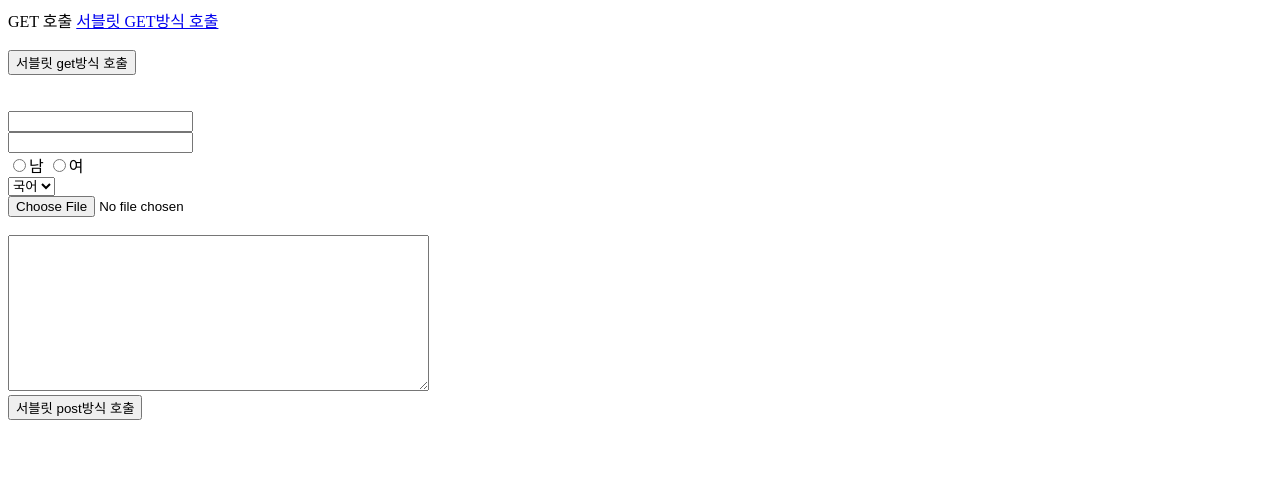
Repository: Won-Hyuk-Lee/kosta_java
Page: http://localhost/web_prj/Practice_Servlet_Call.jsp
The author's editor kept a copy of each file at every save. The page is drawn from the files as they stood at one save, then again after the next save.
The browser window is 1280 px wide. The pictures show the whole page.
The page is served by Tomcat 9. Nobody is signed in. The application's start-up code is not run. Other server files are loaded and not shown.

Above is the page before, as saved 2024-05-21 07:49:10.

### web_prj/src/main/webapp/Practice_Servlet_Call.jsp
<%@ page language="java" contentType="text/html; charset=UTF-8"
    pageEncoding="UTF-8"%>
<!DOCTYPE html>
<html>
<head>
<meta charset="UTF-8">
<title>Insert title here</title>
</head>
<body>
GET 호출
<!-- <a href="http://localhost:8081/board_servlet_url">서블릿 GET방식 호출</a>  -->
<a href="/board_servlet_url">서블릿 GET방식 호출</a><br><br>

<form method="get" action="/board_servlet_url">
	<input type = "submit" value = "서블릿 get방식 호출">
</form><br><br>

<form method="post" action="/board_servlet_url">
	<input name = "userid" type = "text"><br>
	<input name = "userpwd" type = "password"><br>
	<input name = "gender" type = "radio" value = 'm'>남
	<input name = "gender" type = "radio" value = 'f'>여<br>
	<select name = "subject">
		<option value = "korean">국어</option>
		<option value = "english">영어</option>
		<option value = "math">수학</option>
	</select><br>

	<input type = "file" name = "userfile"><br>

	<input type = "hidden" name = "secret" value = "12345"><br>

	<textarea name = "contents" rows="10" cols="50"></textarea><br>
	<input type = "submit" value = "서블릿 post방식 호출">
</form><br><br>
</body>
</html>

After the next save:
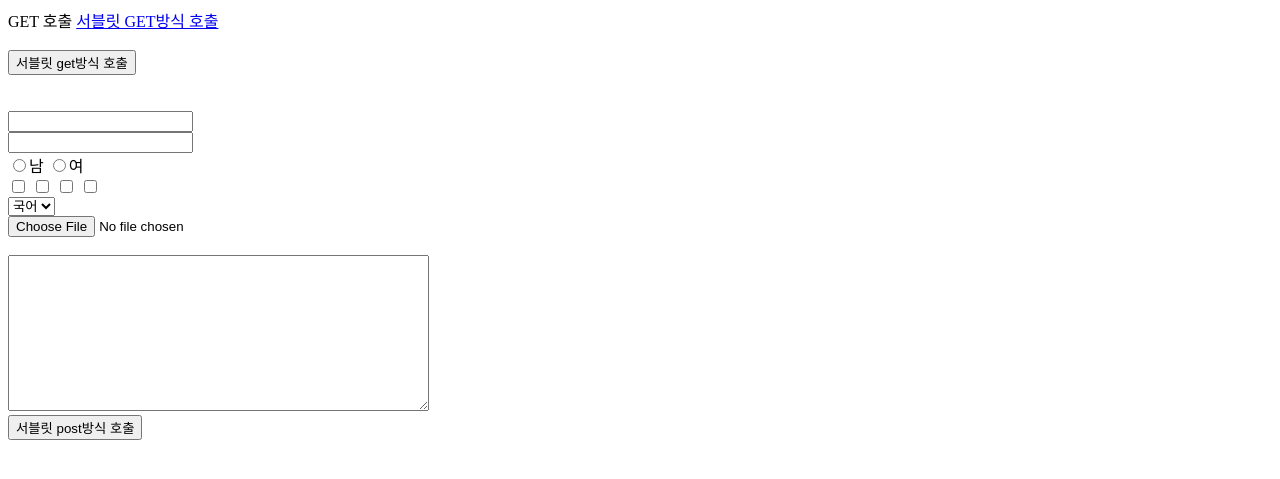
Saved 4 min 12 s later.
--- a/web_prj/src/main/webapp/Practice_Servlet_Call.jsp
+++ b/web_prj/src/main/webapp/Practice_Servlet_Call.jsp
@@ -20,6 +20,11 @@ GET 호출
 	<input name = "userpwd" type = "password"><br>
 	<input name = "gender" type = "radio" value = 'm'>남
 	<input name = "gender" type = "radio" value = 'f'>여<br>
+	<input name = "habit" type = "checkbox" value = "살인">
+	<input name = "habit" type = "checkbox" value = "방화">
+	<input name = "habit" type = "checkbox" value = "사기">
+	<input name = "habit" type = "checkbox" value = "폭행"><br>
+
 	<select name = "subject">
 		<option value = "korean">국어</option>
 		<option value = "english">영어</option>
